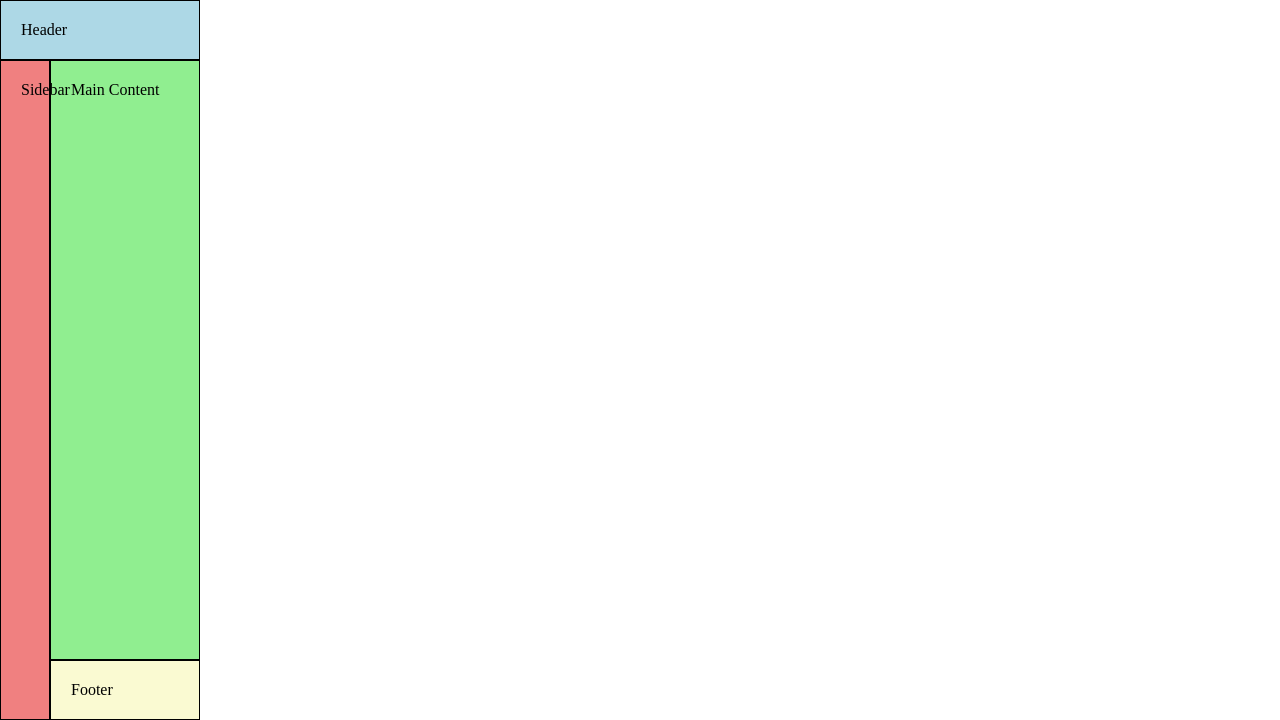
Repository: gustavotwist/desafio-grid
Page: assets/index.html
An editor plug-in stored every save of this project. The page is shown before and after a run of saves, followed by the edit.
The browser window is 1280 px wide. The pictures show the whole page.

Above is the page before, as saved 2024-08-13 18:59:44.

### assets/index.html
<!DOCTYPE html>
<html lang="pt-BR">
<head>
    <meta charset="UTF-8">
    <meta name="viewport" content="width=device-width, initial-scale=1.0">
    <title>Desafio Grid</title>
    <link rel="stylesheet" href="css/style.css">
</head>
<body>
    <div class="container">
        <header>Header</header>
        <main class="content">Main Content</main>
        <aside>Sidebar</aside>
        <footer>Footer</footer>
    </div>

</body>
</html>

### assets/css/style.css
/** {
    padding: 0;
    margin:;
}*/

html, body {
    height: 100%;
    width: 100%;
    margin: 0;
}

.container {
    display: grid;
    height: 100%;
    width: 100%;
    grid-template-columns: 50px 50px 50px 50px;
    grid-template-rows: auto 1fr auto;
    grid-template-areas:
        "header header header header"
        "sidebar main main main"
        "sidebar footer footer footer";
}

header {
    grid-area: header;
    background-color: lightblue;
}
main {
    grid-area: main;
    background-color: lightgreen;
}
aside {
    grid-area: sidebar;
    background-color: lightcoral;
}
footer {
    grid-area: footer;
    background-color: lightgoldenrodyellow;
}

/* Apenas para melhor visualização */
header, main, aside, footer {
    padding: 20px;
    width: 1009x;
    border: 1px solid #000;
}

After the next 2 saves:
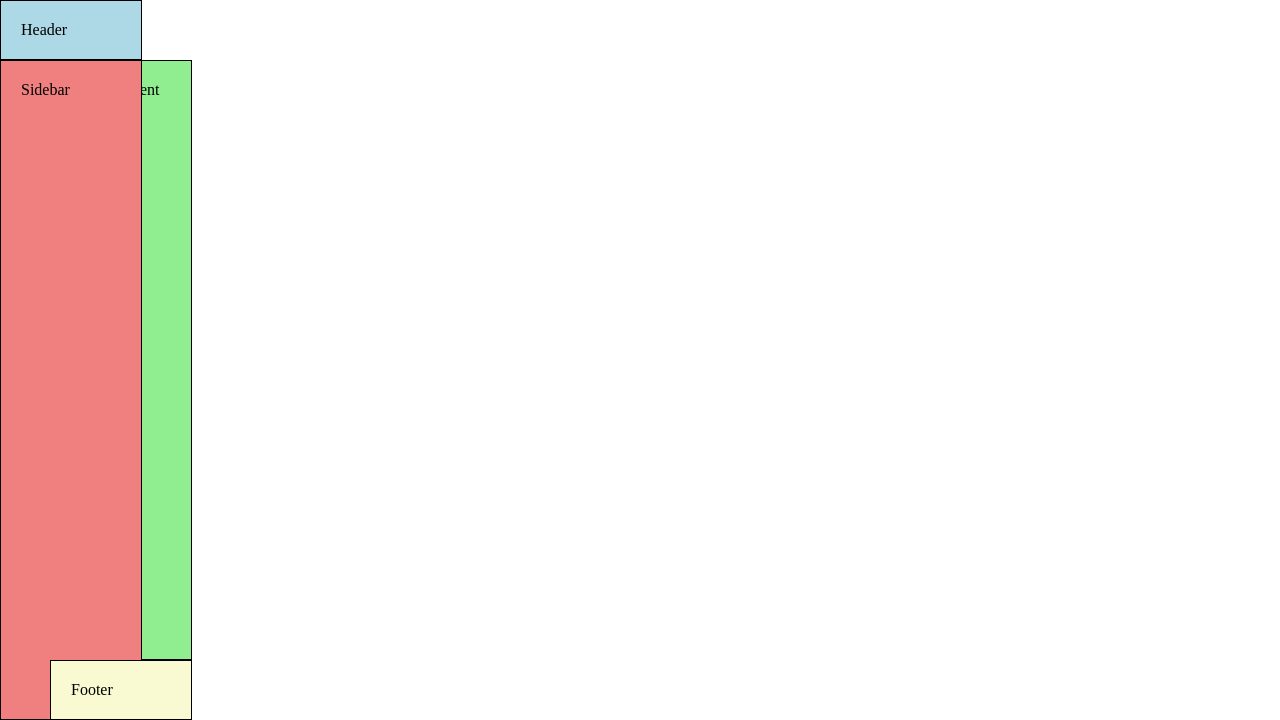
The 2 saves are shown as one change because they came seconds apart.
The last was saved 8 s later.
--- a/assets/css/style.css
+++ b/assets/css/style.css
@@ -41,6 +41,6 @@
 /* Apenas para melhor visualização */
 header, main, aside, footer {
     padding: 20px;
-    width: 1009x;
+    width: 100px;
     border: 1px solid #000;
 }
